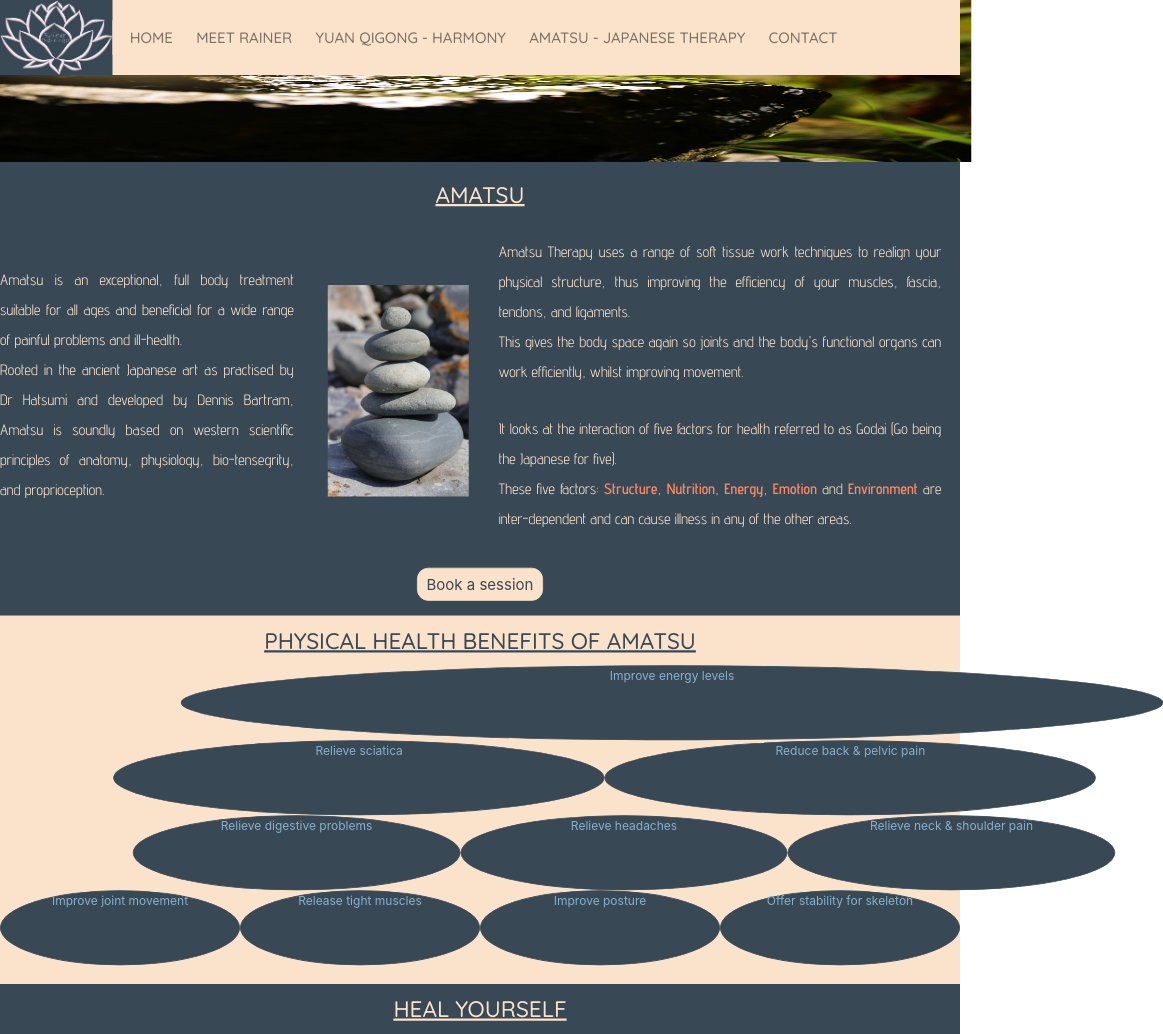
Repository: rainerpue/practitioner_website
Page: amatsu.html
The author's editor kept a record of every edit. The page is drawn from the files as they stood at one moment, then again after the next edit.
The browser window is 1280 px wide. The page is 1551 px wide, so the pictures cover 1551 px, including what lies to the right of the window. The pictures show the part of the page from y = 0 to 1378 px (the page is 2159 px tall), at 75% of full size.
Pictures or frames that could not be fetched are drawn as grey boxes. Some web libraries are served in a nearby version.

Above is the page before.

### amatsu.html
<!DOCTYPE html>
<html lang="en">

<head>
    <meta charset="UTF-8">
    <meta name="viewport" content="width=device-width, initial-scale=1.0">
    <meta http-equiv="X-UA-Compatible" content="ie=edge">
    <meta name="description" content="Home page | Rainer Puehringer, Find your Energy flow">
    <meta name="keywords" content="qigong, amatsu, therapy, energy flow, body balance, harmony, Japanese therapy, yuan gong, ireland">
    <meta name="author" content="Rainer Puehringer">
    <!-- style links -->
    <link rel="stylesheet" href="https://stackpath.bootstrapcdn.com/bootstrap/4.3.1/css/bootstrap.min.css" type="text/css" />
    <link rel="stylesheet" href="https://cdnjs.cloudflare.com/ajax/libs/font-awesome/5.9.0/css/all.min.css" type="text/css" />

    <!-- link to my css file comes after to make sure it render over bootstrap style -->
    <link rel="stylesheet" href="assets/css/style.css" type="text/css" />

    <title>Rainer Puehringer, Find your Energy flow with Yuan Qigong and Amatsu</title>

</head>

<body>
    <!-- navbar and logo -->
    <!-- blue background will only show on bigger screens, set to transparent for mobile device -->
    <nav class="navbar navbar-expand-md fixed-top navbar-light nav-coral">
        <!-- logo -->
        <a href="index.html" class="navbar-brand logo">
            <img src="assets/images/logo.jpg" width="150" height="100" alt="logo">
        </a>
        <!-- button for smaller devices -->
        <button class="navbar-toggler" type="button" data-toggle="collapse" data-target="#burger" aria-controls="burger" aria-expanded="false" aria-label="Toggle navigation">
    <span class="fa fa-bars"></span>
  </button>
        <!-- navigation items which drop down vertically from burger icon in smaller devices -->
        <div class="collapse navbar-collapse" id="burger">
            <ul class="navbar-nav mr-auto text-uppercase">
                <li class="nav-item">
                    <a class="nav-link" href="index.html">Home</a>
                </li>
                <li class="nav-item">
                    <a class="nav-link" href="about.html">Meet Rainer</a>
                </li>
                <li class="nav-item">
                    <a class="nav-link" href="qigong.html">Yuan Qigong - Harmony</a>
                </li>
                <li class="nav-item">
                    <a class="nav-link" href="amatsu.html">Amatsu - Japanese Therapy</a>
                </li>
                <li class="nav-item">
                    <a class="nav-link" href="index.html">Contact</a>
                </li>
            </ul>
        </div>
    </nav>

    <!-- end navbar -->


    <!-- image banner -->
    <main>
        <div class="container-fluid">
            <div class="row">
                <div class="col-12 banner-image amatsu-img">
                </div>
            </div>
        </div>

        <!-- Amatsu intro -->
        <section class="container-fluid bg-grey intro-section">
            <div class="row">
                <div class="col-12 offset text-center">
                    <h3 class="text-uppercase">Amatsu</h3>
                </div>
            </div>
            <div class="row section-details">
                <div class="col-12 col-md-4 main-content text-center">
                    <p class="text-justify">Amatsu is an exceptional, full body treatment suitable for all ages and beneficial for a wide range of painful problems and ill-health.<br> Rooted in the ancient Japanese art as practised by Dr Hatsumi and developed by Dennis Bartram,
                        Amatsu is soundly based on western scientific principles of anatomy, physiology, bio-tensegrity, and proprioception.</p>
                </div>
                <div class="col-12 col-md-2 text-center">
                    <img class="sm-img" src="assets/images/amatsu.jpg" width="100%" height="auto" alt="Stones balanced">
                </div>
                <div class="col-12 col-md-6 main-content text-center">
                    <p class="text-justify specialp">Amatsu Therapy uses a range of soft tissue work techniques to realign your physical structure, thus improving the efficiency of your muscles, fascia, tendons, and ligaments.<br> This gives the body space again so joints and the body's
                        functional organs can work efficiently, whilst improving movement.</p>
                    <p class="text-justify specialp">It looks at the interaction of five factors for health referred to as Godai (Go being the Japanese for five). <br> These five factors: <span class="fivefactors">Structure</span>, <span class="fivefactors">Nutrition</span>, <span class="fivefactors">Energy</span>,
                        <span class="fivefactors">Emotion</span> and <span class="fivefactors">Environment</span> are inter-dependent and can cause illness in any of the other areas.</p>
                </div>
            </div>

            <div class="container-fluid">
                <div class="row text-center">
                    <div class="col-12">
                        <a class="btn btn--gal btn--coral" href="contact.html">Book a session</a>
                    </div>
                </div>
            </div>
        </section>

        <!-- Health benefits -->

        <section class="container-fluid bg-coral">
            <div class="row">
                <div class="col-12">
                    <h3 class="text-uppercase text-center">Physical health benefits of Amatsu</h3>
                </div>
            </div>
            <ul class="container-fluid bg-coral flex-container stone-section">
                <li class="row first-stone-row">
                    <div class="col-12 each-stone text-center">
                        <p>Improve energy levels</p>
                    </div>
                </li>
                <li class="row second-stone-row">
                    <div class="col-6 each-stone text-center">
                        <p>Relieve sciatica</p>
                    </div>
                    <div class="col-6 each-stone text-center">
                        <p>Reduce back & pelvic pain</p>
                    </div>
                </li>
                <li class="row third-stone-row">
                    <div class="col-4 each-stone text-center">
                        <p>Relieve digestive problems</p>
                    </div>
                    <div class="col-4 each-stone text-center">
                        <p>Relieve headaches</p>
                    </div>
                    <div class="col-4 each-stone text-center">
                        <p>Relieve neck & shoulder pain</p>
                    </div>
                </li>
                <li class="row text-center fourth-stone-row">
                    <div class="col-3 each-stone text-center">
                        <p>Improve joint movement</p>
                    </div>
                    <div class="col-3 each-stone text-center">
                        <p>Release tight muscles</p>
                    </div>
                    <div class="col-3 each-stone text-center">
                        <p>Improve posture</p>
                    </div>
                    <div class="col-3 each-stone text-center">
                        <p>Offer stability for skeleton</p>
                    </div>
                </li>
            </ul>
            <!-- removing quote for now
                <div class="col-12 col-md-3 align-self-center text-center">
                    <p class="quote"><i class="fa fa-quote-left"></i>"The human being is the only creature that needs to be taught to move naturally." Dr Masaaki Hatsumi<i class="fa fa-quote-right"></i></p>
                </div>
            </div>
                -->
            <!-- Yuan Qigong movement and video -->

            <section class="container-fluid bg-grey">
                <div class="row">
                    <div class="col-12">
                        <h3 class="text-uppercase text-center">Heal yourself</h3>
                    </div>
                </div>
                <div class="row">
                    <div class="col-md-6" id="video">
                        <iframe width="100%" height="600" src="https://www.youtube.com/embed/7QMdT02TVnQ" frameborder="0" allow="accelerometer; autoplay; encrypted-media; gyroscope; picture-in-picture" allowfullscreen></iframe>
                    </div>
                    <div class="col-md-6 align-self-center text-center">
                        <div class="row verse-title">
                            <div class="col-12">
                                <h4 class="italic">Active direction of consciousness</h4>
                            </div>
                        </div>
                        <div class="row verse">
                            <ul class="col-12">
                                <li>Awareness inside the body, feel the emptiness and spaciousness within</li>
                                <li>Expand the awareness out, becoming one with the universe</li>
                                <li>Draw the awareness back to the body, calm and peaceful</li>
                                <li>Open to the universe with reverence and utmost respect</li>
                                <li>Let the bright universe nurture the heart with compassion and love</li>
                                <li>Feel relaxed and joyful. Qi flowing harmoniously and smoothly.</li>
                            </ul>
                        </div>
                    </div>
                </div>
            </section>
    </main>
    <!-- footer -->

    <footer>
        <div class="container-fluid bg-grey">
            <div class="row footer-row">
                <div class="col-12 col-md-4 footer-contact">
                    <a class="btn btn--gal btn--grey text-uppercase" href="#">Contact Me Here</a>
                </div>
                <div class="col-12 col-md-2 footer-contact">
                    <h5 class="text-uppercase">or at the following:</h5>
                </div>
                <div class="col-12 col-md-2 footer-contact">
                    <p>085-2896636</p>
                </div>
                <div class="col-12 col-md-2 footer-contact">
                    <p>rainerpue@hotmail.com</p>
                </div>
                <div class="col-12 col-md-2 footer-contact">
                    <a class="socialmedia" href="https://www.facebook.com/YuanGongandAmatsuwithRainer/" target="_blank">
                    <i class="fab fa-facebook"></i>
                    <span class="sr-only">Facebook</span>
                    </a>
                </div>
            </div>
        </div>
    </footer>

    <script src="https://code.jquery.com/jquery-3.2.1.slim.min.js " integrity="sha384-KJ3o2DKtIkvYIK3UENzmM7KCkRr/rE9/Qpg6aAZGJwFDMVNA/GpGFF93hXpG5KkN " crossorigin="anonymous "></script>
    <script src="https://cdnjs.cloudflare.com/ajax/libs/popper.js/1.12.9/umd/popper.min.js " integrity="sha384-ApNbgh9B+Y1QKtv3Rn7W3mgPxhU9K/ScQsAP7hUibX39j7fakFPskvXusvfa0b4Q " crossorigin="anonymous "></script>
    <script src="https://maxcdn.bootstrapcdn.com/bootstrap/4.0.0/js/bootstrap.min.js " integrity="sha384-JZR6Spejh4U02d8jOt6vLEHfe/JQGiRRSQQxSfFWpi1MquVdAyjUar5+76PVCmYl " crossorigin="anonymous "></script>
</body>

</html>

### assets/css/style.css
@import url('https://fonts.googleapis.com/css?family=Advent+Pro:100,200,300,400,500,600,700|Quicksand:300,400,500,700|Caveat:400,700');

body {}

/*-----------------------------------------Colour */

.nav-coral {
    background-color: transparent;
}

.bg-grey {
    background-color: #384955;
    color: #FAE2CB;
    padding-bottom: 20px;
}

.bg-coral {
    background-color: #FAE2CB;
    color: #384955;
    padding-bottom: 20px;
}

/*-----------------------------------------Images */

.about-img {
    background: url(../images/about-image.jpg);
}

.qigong-img {
    background: url(../images/lotus.jpg);
}

.amatsu-img {
    background: url(../images/water.jpg);
}

.banner-image {
    min-height: 30vh;
    -webkit-background-size: 100% 100%;
    -moz-background-size: 100% 100%;
    -o-background-size: 100% 100%;
    background-size: 100% 100%;
    width: 100vw;
    background-repeat: no-repeat;
    position: relative;
}

.sm-img {
    max-height: 600px;
    max-width: 400px;
}


/*-----------------------------------------Special paddings/margins/texts */

.container-fluid {
    margin: 0;
    padding-left: 0;
    padding-right: 0;
}

.text-uppercase {
    text-transform: uppercase;
}

.text-center {
    text-align: center;
    margin: 0;
}

.text-justify {
    text-align: justify;
    text-justify: inter-word;
}

main {
    margin: 0;
    padding: 0;
}

h3 {
    padding: 15px 0 15px;
    font-family: "Quicksand", sans-serif;
    font-weight: 500;
    font-size: 30px;
    text-decoration: underline;
}

h4 {
    font-family: "Quicksand", sans-serif;
    font-weight: 700;
    font-size: 30px;
}

a {
    text-decoration: none;
    cursor: pointer;
}

/*-----------------------------------------buttons */

.btn:hover {
    color: #fafafa;
    text-decoration: none;
}

.btn--gal {
    margin-bottom: 0;
    margin-top: 0;
    border-radius: 15px;
    font-size: 20px;
    text-decoration: none;
    cursor: pointer;
}

.btn--grey {
    background-color: #384955;
    border-color: #384955;
    color: #FAE2CB;
}

.btn--grey:hover {
    color: #FF8863;
}

.btn--coral {
    background-color: #FAE2CB;
    border-color: #FAE2CB;
    color: #384955;
}

.btn--coral:hover {
    color: #87B0CD;
}

.btn--footer {
    color: #FAE2CB;
}

/*-----------------------------------------section divider */

.section-divider-short {
    width: 75px;
    height: 5px;
    border: 0;
    background-color: #384955;
}

.section-divider-long {
    width: 100%;
    height: 10px;
    border: 0;
    background-color: #384955;
    margin: 0;
}

/*-----------------------------------------logo */

.logo {
    display: inline-block;
    padding: 0;
    margin: 0;
    line-height: inherit;
    white-space: nowrap;
    background-position: center;
    background-repeat: no-repeat;
    -o-transition: all .5s ease-in-out;
    transition: all .5s ease-in-out;
    -moz-transition: all .5s ease-in-out;
    -webkit-transition: all .5s ease-in-out;
}

/*-----------------------------------------burger icon */

.fa-bars {
    font-size: 30px;
    padding: 5px;
}

.navbar-light .navbar-toggler {
    border-color: rgba(0, 0, 0, .3);
    margin-right: 15px;
}

/*-----------------------------------------nav */

.navbar {
    padding: 0;
    text-align: center;
    overflow: auto;
}

.navbar-collapse {
    background-color: #FAE2CB
}

.nav-item {
    padding-left: 15px;
}

.nav-item a {
    color: #384955;
    font-family: "Quicksand", sans-serif;
    font-weight: 500;
    font-size: 20px;
    -webkit-transition: background-color .2s ease-in-out, color .2s ease-in-out;
    -o-transition: background-color .2s ease-in-out, color .2s ease-in-out;
    transition: background-color .2s ease-in-out, color .2s ease-in-out;
}

.nav-item a:hover {
    color: #FAE2CB!important;
    background-color: #384955;
}

/*-----------------------------------------full background image with attention */

.home-image {
    min-height: 95vh;
    -webkit-box-align: center;
    -ms-flex-align: center;
    align-items: center;
    position: relative;
    background: url(../images/home-image.jpg) no-repeat center center fixed;
    background-size: cover;
    padding-top: 100px;
}

.opaque-overlay {
    position: absolute;
    top: 0;
    left: 0;
    height: 100%;
    width: 100%;
    background: rgba(0, 0, 0, 0.2);
}

.attention {
    width: 80%;
    color: #fafafa;
    font-family: "Advent Pro", sans-serif;
    font-size: 40px;
    font-weight: 600;
    padding-left: 15px;
    padding-top: 200px;
}

/*-----------------------------------------testimonials in carrousel */

.slide {
    position: relative;
    display: -webkit-box;
    display: -ms-flexbox;
    display: flex;
    -webkit-box-align: center;
    -ms-flex-align: center;
    align-items: center;
    min-height: 30vh;
    text-align: center;
    padding: 5px 30px;
    margin-bottom: 20px
}

blockquote {
    width: 80px;
    font-family: "Advent Pro", sans-serif;
    font-weight: 300;
    font-size: 30px;
}

/*-----------------------------------------home intro section */

.intro {
    width: 100%;
    padding: 0;
    min-height: 20vh;
}

.content-intro {
    font-family: "Advent Pro", sans-serif;
    font-size: 20px;
    font-weight: 400;
    margin-bottom: 20px;
}

/*-----------------------------------------footer */

.footer-row {
    padding: 0 15px;
    text-align: center;
}

.footer-contact {
    font-family: "Advent Pro", sans-serif;
    text-align: center;
    -webkit-box-align: center;
    -ms-flex-align: center;
    align-items: center;
    -webkit-box-pack: center;
    -ms-flex-pack: center;
    justify-content: center;
    color: #FAE2CB;
    padding: 0;
    margin: 0;
}

.footer-contact p {
    font-weight: 400;
    font-size: 20px;

}

.footer-contact h5 {
    font-weight: 400;
    font-size: 20px;
}

.socialmedia i {
    width: 32px;
    height: 32px;
    border-radius: 50%;
    font-size: 35px;
    text-align: center;
    vertical-align: middle;
    display: table-cell;
    color: #384955;
    background: #FAE2CB;
    transition: all 0.35s ease-in-out;
    -moz-transition: all 0.35s ease-in-out;
    -webkit-transition: all 0.35s ease-in-out;
    -o-transition: all 0.35s ease-in-out;
}

.social-links i:hover {
    background: #e84610;
}

/*-----------------------------------------main content for each page */

.main-content {
    position: relative;
    padding-top: 5px;
    padding-bottom: 5px;
    padding-right: 30px;
    line-height: 200%;
    font-family: "Advent Pro", sans-serif;
    font-size: 20px;
    font-weight: 400;
}

.section-column {
    display: table-cell;
    padding: 0 30px 30px;
    float: none;
}

.intro-section {
    padding-top: 10px;
    padding-bottom: 20px;
}

.section-details {
    min-height: 25vh;
    -webkit-box-align: center;
    -ms-flex-align: center;
    align-items: center!important;
    margin-bottom: 15px;
}



/*-----------------------------------------links to other websites on about page */

.links {
    color: #FAE2CB;
    font-weight: 700;
}

.links:hover {
    color: #FF8863;
}

/*-----------------------------------------timeline */

.timeline {
    margin: 0;
}

.history-items {
    padding-left: 30px;
    padding-bottom: 15px;
}

.timeline-item {
    padding: 4em 2em 0em 2em;
    position: relative;
    color: #384955;
    border-left: 1px solid;
    font-family: "Advent Pro", sans-serif;
}

.timeline-item p {
    padding: 0;
    margin: 0;
}

.timeline-item:before {
    content: attr(data-dates);
    position: absolute;
    left: 2.5em;
    top: 3em;
    display: block;
    font-family: "Advent Pro", sans-serif;
    font-weight: 500;
    font-size: 0.8em;
    padding: 0;
    margin: 0;
}

.timeline-item:after {
    width: 12px;
    height: 12px;
    display: block;
    position: absolute;
    top: 2.4em;
    left: -6px;
    border-radius: 12px;
    content: "";
    background-color: #384955;
}



/*-----------------------------------------qualifications */

.list-row {
    padding: 30px 0 30px;
    line-height: 200%;
}

.list-row i {
    font-size: 40px;
}

/*-----------------------------------------Qigong page */

.qigong-p {
    padding: 15px;
}

.list-section {
    padding-left: 30px;
    padding-bottom: 15px;
    margin-bottom: 10px;
    border: 10px solid;
}

.quote {
    font-family: "Quicksand", sans-serif;
    font-weight: 100;
    font-size: 30px;
}

.quote i {
    padding: 5px;
    font-weight: 700;
}

#video {
    min-height: 50vh;
    padding-bottom: 15px;
}

.verse {
    font-family: "Caveat", sans-serif;
    font-weight: 400;
    font-size: 30px;
    padding-top: 30px;
}

.verse ul li {
    list-style: none;
    padding: 15px;
}

/*-----------------------------------------Amatsu page */

.fivefactors {
    font-weight: 600;
    color: #FF8863;
}

.specialp {
    padding: 10px;
}

.stone-section {
    padding: 0;
    padding-bottom: 15px;
    margin-bottom: 10px;
}

.first-stone-row {
    position: relative;
    left: 35%;
}

.second-stone-row {
    position: relative;
    left: 25%;
}

.third-stone-row {
    position: relative;
    left: 15%;
}

.each-stone {
    width: 100px;
    height: 100px;
    border: 1px solid #384955;
    border-radius: 50%;
    background-color: #384955;
    color: #87B0CD;
    vertical-align: middle;
    display: table-cell
}

.each-stone span {
    font-family: "Quicksand", sans-serif;
    font-weight: 700;
    font-size: 18px;
}

/*-----------------------------------------media queries */

/*-----------------------------------------media query to add navbar color background color on bigger screens */

@media (min-width: 768px) {
    .nav-coral {
        background-color: #FAE2CB;
    }
}

@media (min-width: 768px) {
    .attention {
        padding-top: 400px;
        width: 60%;
        font-size: 50px;
    }
}

@media (min-width: 768px) {
    .slide {
        min-height: 20vh;
    }
}

@media (min-width: 768px) {
    .section-divider-short {
        width: 0px;
        height: 0px;
        border: 0;
    }
}

@media (min-width: 768px) {
    .footer-contact {
        display: -webkit-box;
        display: -ms-flexbox;
        display: flex;
    }
}

@media (min-width: 768px) {
    .footer-contact h5 p a {
        padding-left: 15px;
    }
}

@media (min-width: 768px) {
    .history-items {
        border: 10px solid;
        border-bottom: none;
    }
}

@media (min-width: 768px) {
    .section-column {
        padding: 0 50px 0;
    }
}

@media (min-width: 768px) {
    #video {
        padding-bottom: 0;
    }
}

/*-----------------------------------------media query to place stones as a pyramid */
@media (min-width: 576px) {
    .second-stone-row {
        left: 28%;
    }
}


@media (min-width: 768px) {
    .first-stone-row {
        left: 20%;
    }
    .second-stone-row {
        left: 13%;
    }
}

After the next edit:
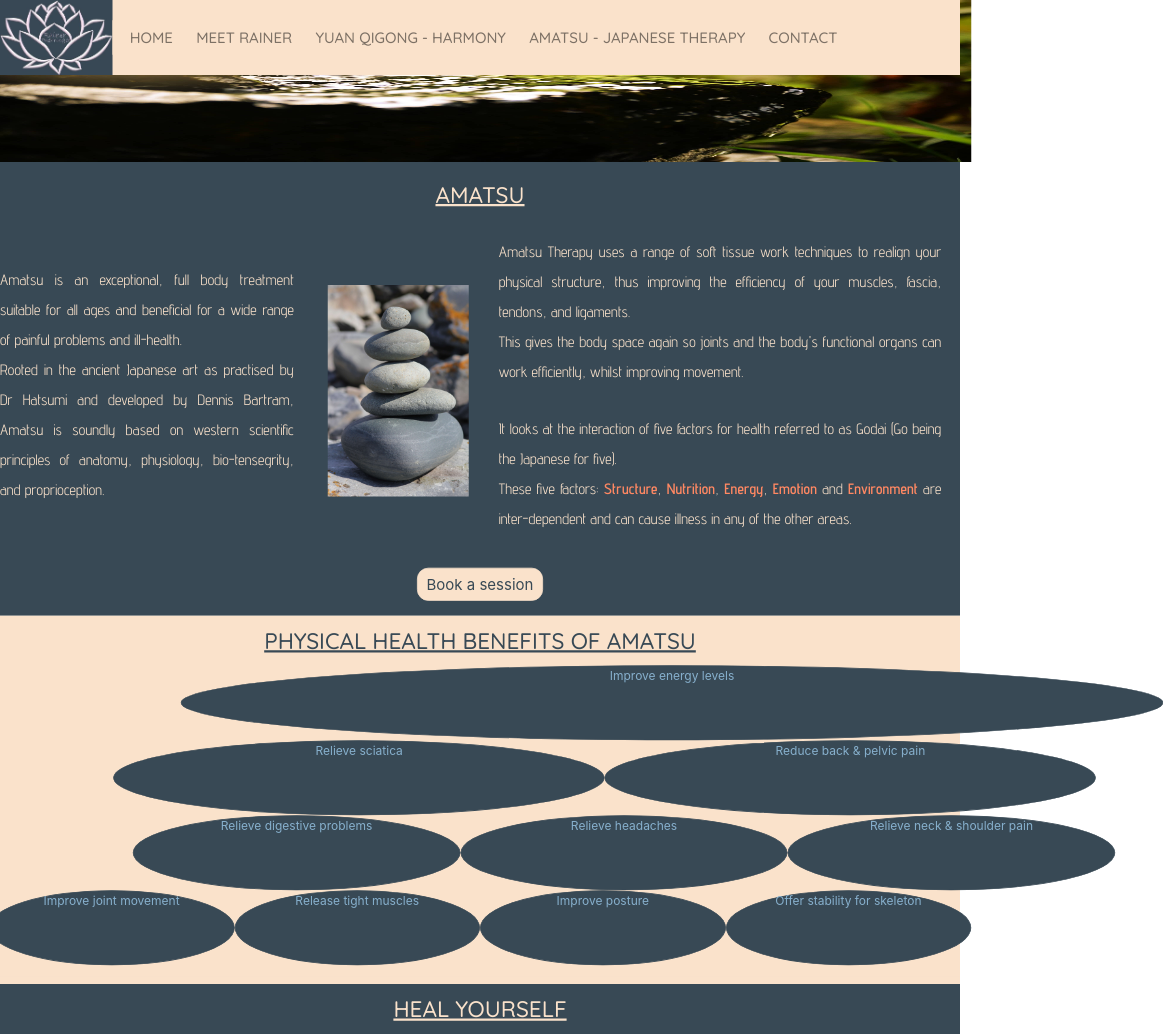
The edit:
--- a/amatsu.html
+++ b/amatsu.html
@@ -130,7 +130,7 @@
                         <p>Relieve neck & shoulder pain</p>
                     </div>
                 </li>
-                <li class="row text-center fourth-stone-row">
+                <li class="row fourth-stone-row">
                     <div class="col-3 each-stone text-center">
                         <p>Improve joint movement</p>
                     </div>
